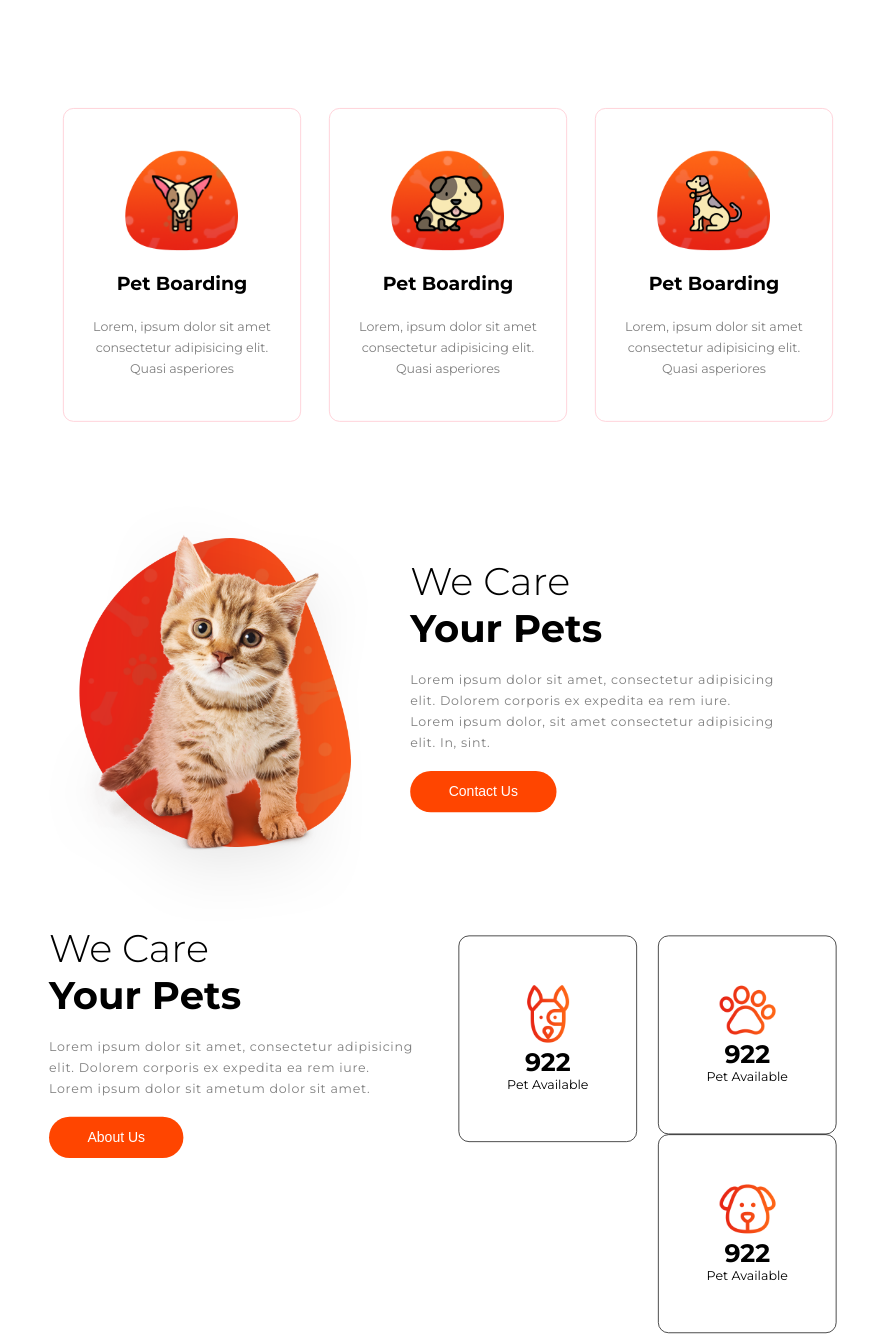
Repository: giahuy405/Day_2_Anipat
Page: index.html
These files come from the project's save history. The page is drawn as it stood at one moment and after the next save; the edit follows.
The browser window is 1280 px wide. The pictures show the part of the page from y = 1018 to 2938 px (the page is 2938 px tall), at 70% of full size.

Above is the page before, as saved 2022-09-08 23:52:18.

After the next save:
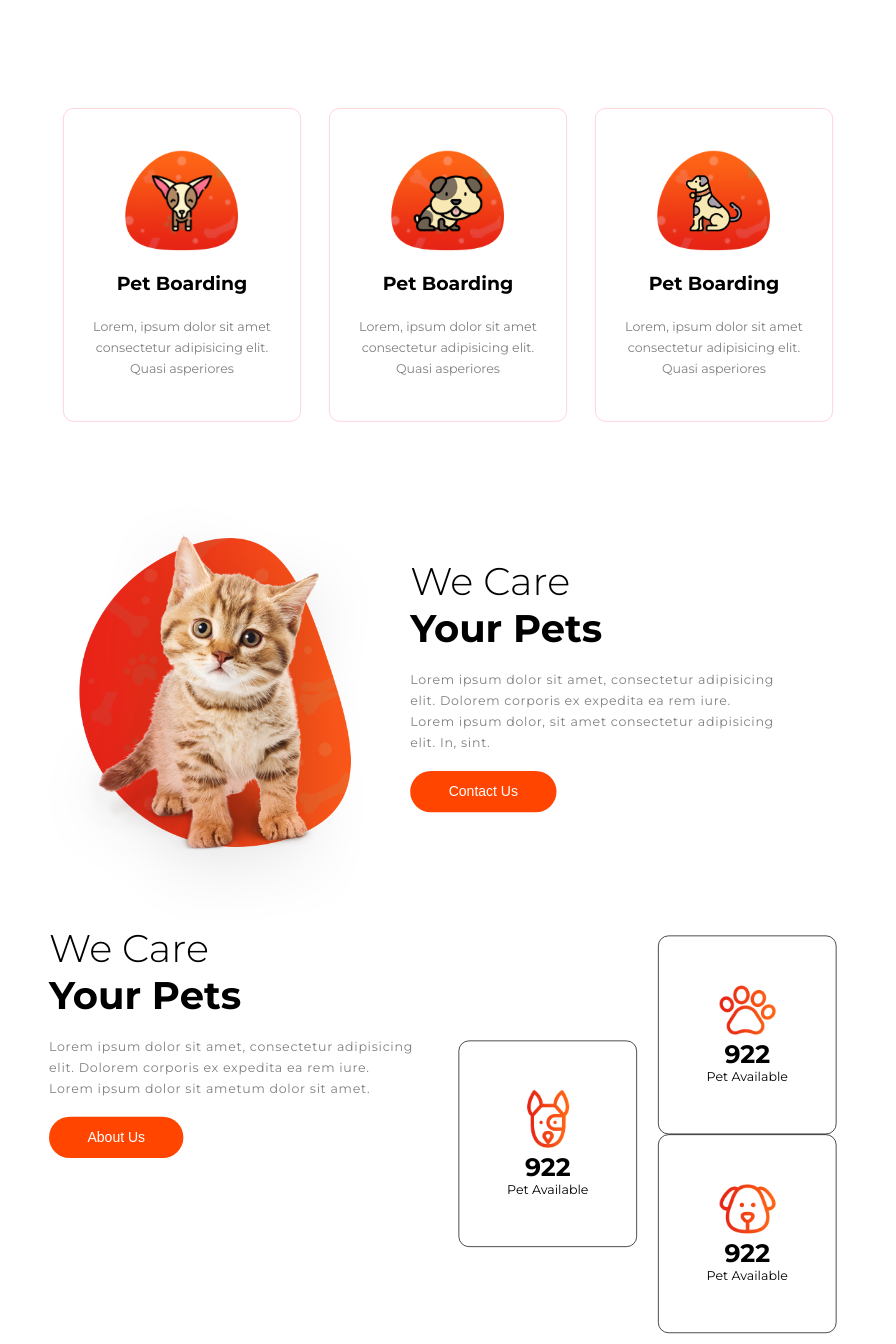
Saved 56 s later.
--- a/css/index.css
+++ b/css/index.css
@@ -229,3 +229,6 @@ html{
 .care__item{
      padding: 15px;
 }
+.care__card--left{
+    margin-top: 150px;
+}
